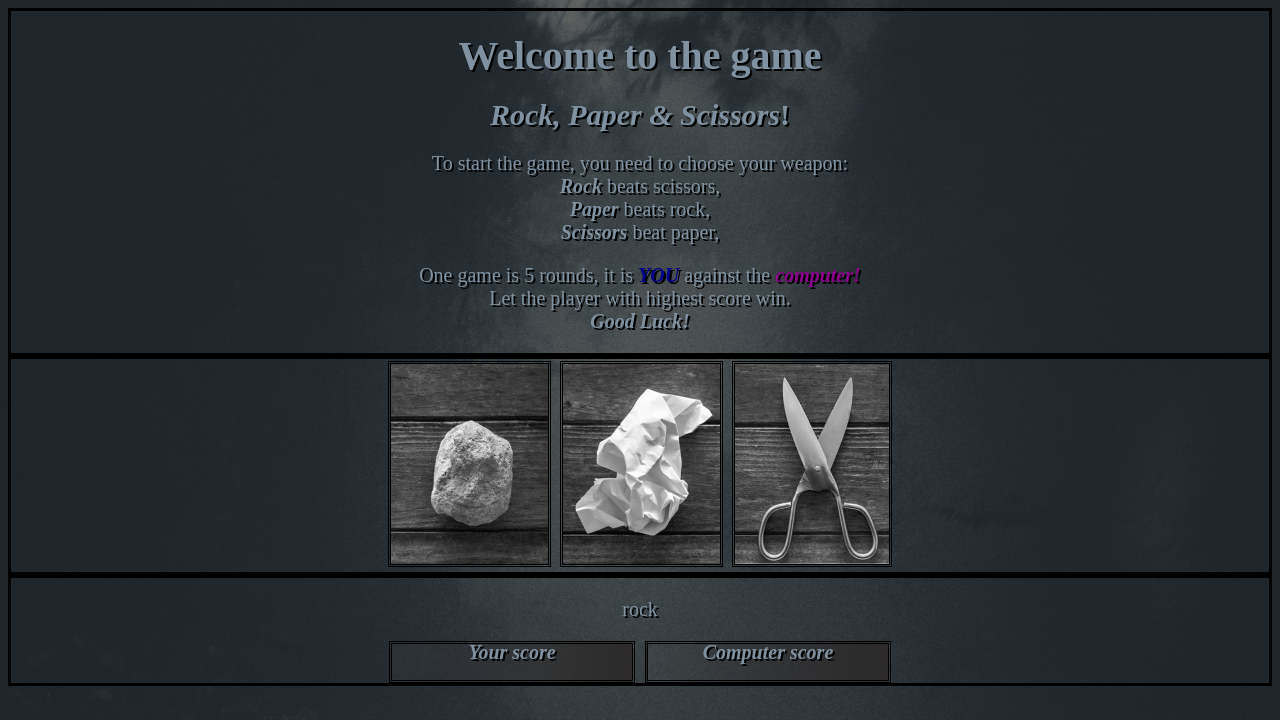
Repository: agneta1991/rock-paper-scissors
Page: Desktop/coding/index.html
These files come from the project's save history. The page is drawn as it stood at one moment and after the next save; the edit follows.
The browser window is 1280 px wide. The pictures show the whole page.
After loading, the first visible `button.rock` was clicked once.

Above is the page before, as saved 2023-03-03 09:30:06.

After the next save:
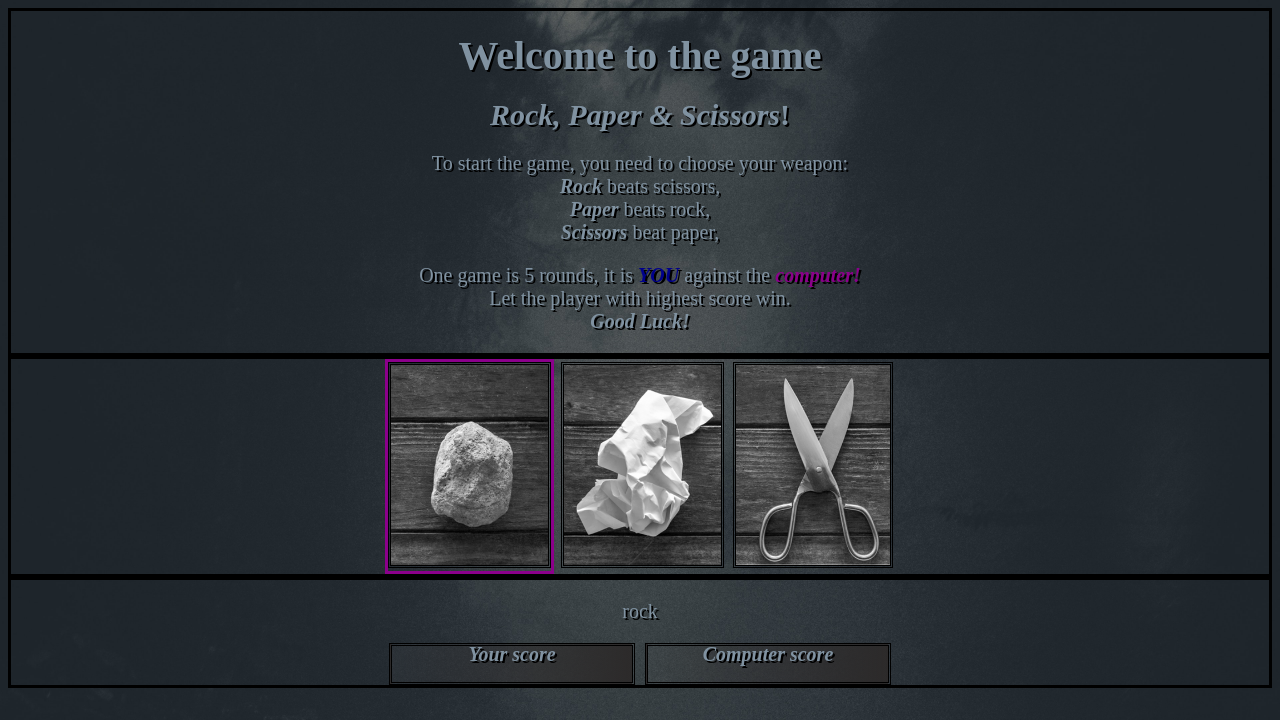
Saved 2 min 5 s later.
--- a/Desktop/coding/javascript.js
+++ b/Desktop/coding/javascript.js
@@ -1,5 +1,4 @@
 const choice = ['rock', 'paper', 'scissors'];
-
 function getComputerChoice(){
     let randomChoice = choice[Math.floor(Math.random()*choice.length)];
     console.log(randomChoice);
@@ -11,6 +10,14 @@ btn.forEach((individualBtn)=>{
         let playerChoice = individualBtn.className;
         document.getElementById('displayed').innerHTML = playerChoice;
 
-        getComputerChoice();
+        if (playerChoice === 'rock' || 'paper' || 'scissors'){
+            individualBtn.style.border = 'solid darkblue';
+        };
+        let computerChoice= getComputerChoice();
+        if (computerChoice === 'rock' || 'paper' || 'scissors'){
+            individualBtn.style.border = 'solid darkmagenta';
+        };
+
+
     });
 });
